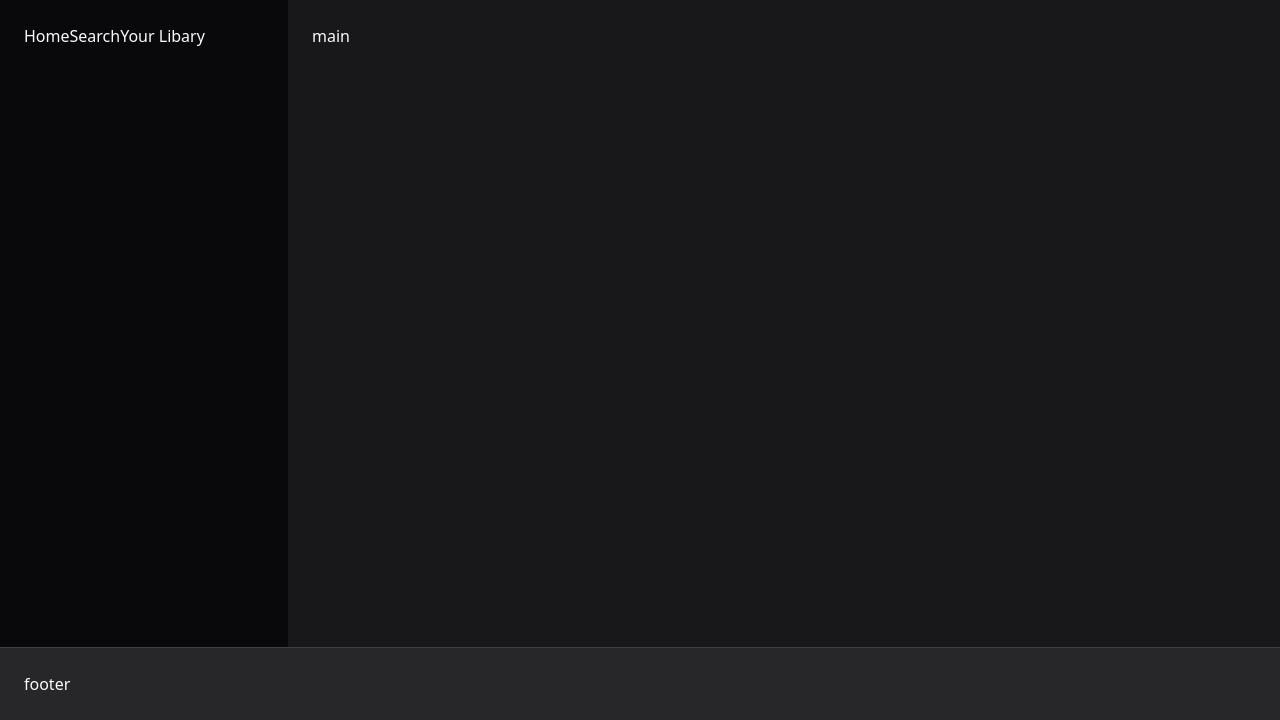
Repository: guilhermecardoso93/tailwind-spotify
Page: /
An editor plug-in stored every save of this project. The page is shown before and after the next save, followed by the edit.
The browser window is 1280 px wide. The pictures show the whole page.
The project was rebuilt for these pictures with package versions that can differ from the ones it lists, and the page was loaded fresh each time. The framework's server and built-in components were replaced by stand-ins that run in the browser. Also part of the build but not shown: next.config.js.

Above is the page before, as saved 2023-04-15 19:46:21.

### src/app/layout.tsx
import './globals.css'

export const metadata = {
  title: 'Spotify',
  description: 'Music!',
}

export default function RootLayout({
  children,
}: {
  children: React.ReactNode
}) {
  return (
    <html lang="en">
      <body className="bg-zinc-900 text-zinc-50">{children}</body>
    </html>
  )
}

### src/app/page.tsx
export default function Home() {
  return (
    <div className="h-screen flex flex-col">
      <div className="flex flex-1">
        <aside className="w-72 bg-zinc-950 p-6">
          <nav>
            <a href="">Home</a>
            <a href="">Search</a>
            <a href="">Your Libary</a>
          </nav>
        </aside>
        <main className="flex-1 p-6">main</main>
      </div>
      <footer
        className="bg-zinc-800 border-t border-zinc-700 p-6"
      >
        footer
      </footer>
    </div>
  );
}

Loaded but not shown: src/app/globals.css (common file); tailwind.config.js (common file)

After the next save:
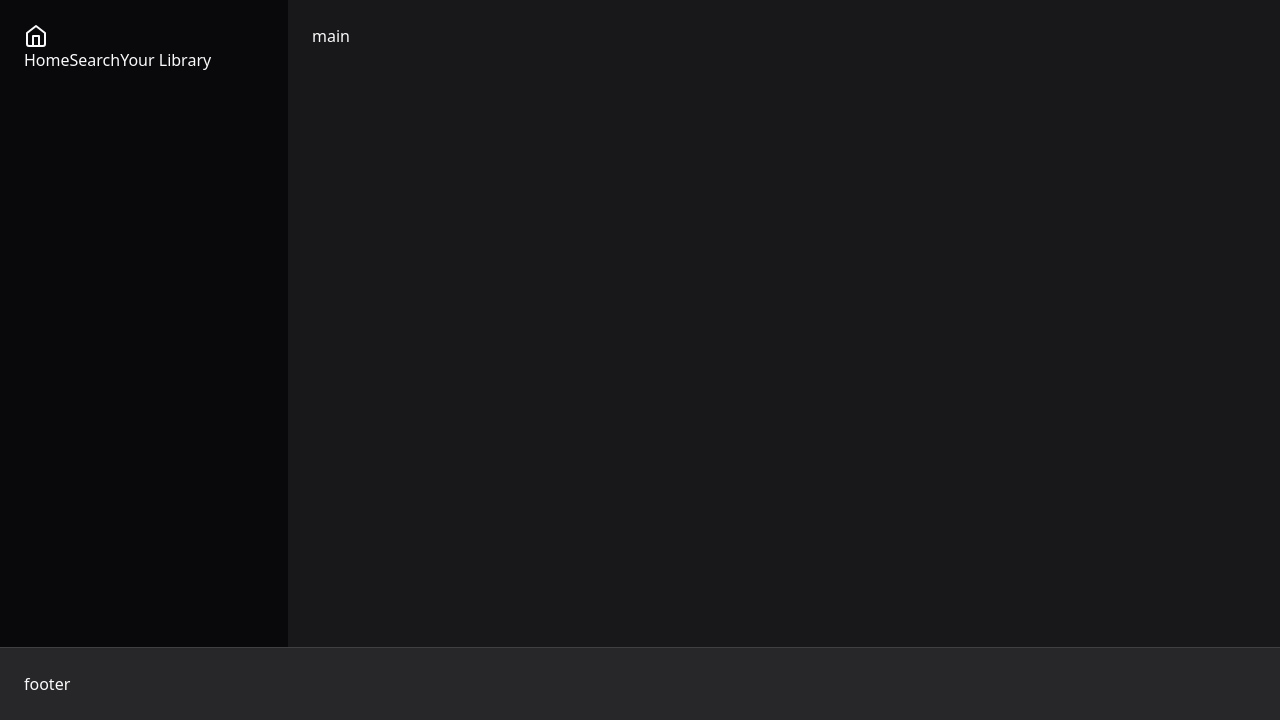
Saved 2 min 58 s later.
--- a/src/app/page.tsx
+++ b/src/app/page.tsx
@@ -1,12 +1,13 @@
+import { Home as HomeIcon, Search, Library } from 'lucide-react'
 export default function Home() {
   return (
     <div className="h-screen flex flex-col">
       <div className="flex flex-1">
         <aside className="w-72 bg-zinc-950 p-6">
           <nav>
-            <a href="">Home</a>
+            <a href=""><HomeIcon /> Home</a>
             <a href="">Search</a>
-            <a href="">Your Libary</a>
+            <a href="">Your Library</a>
           </nav>
         </aside>
         <main className="flex-1 p-6">main</main>
